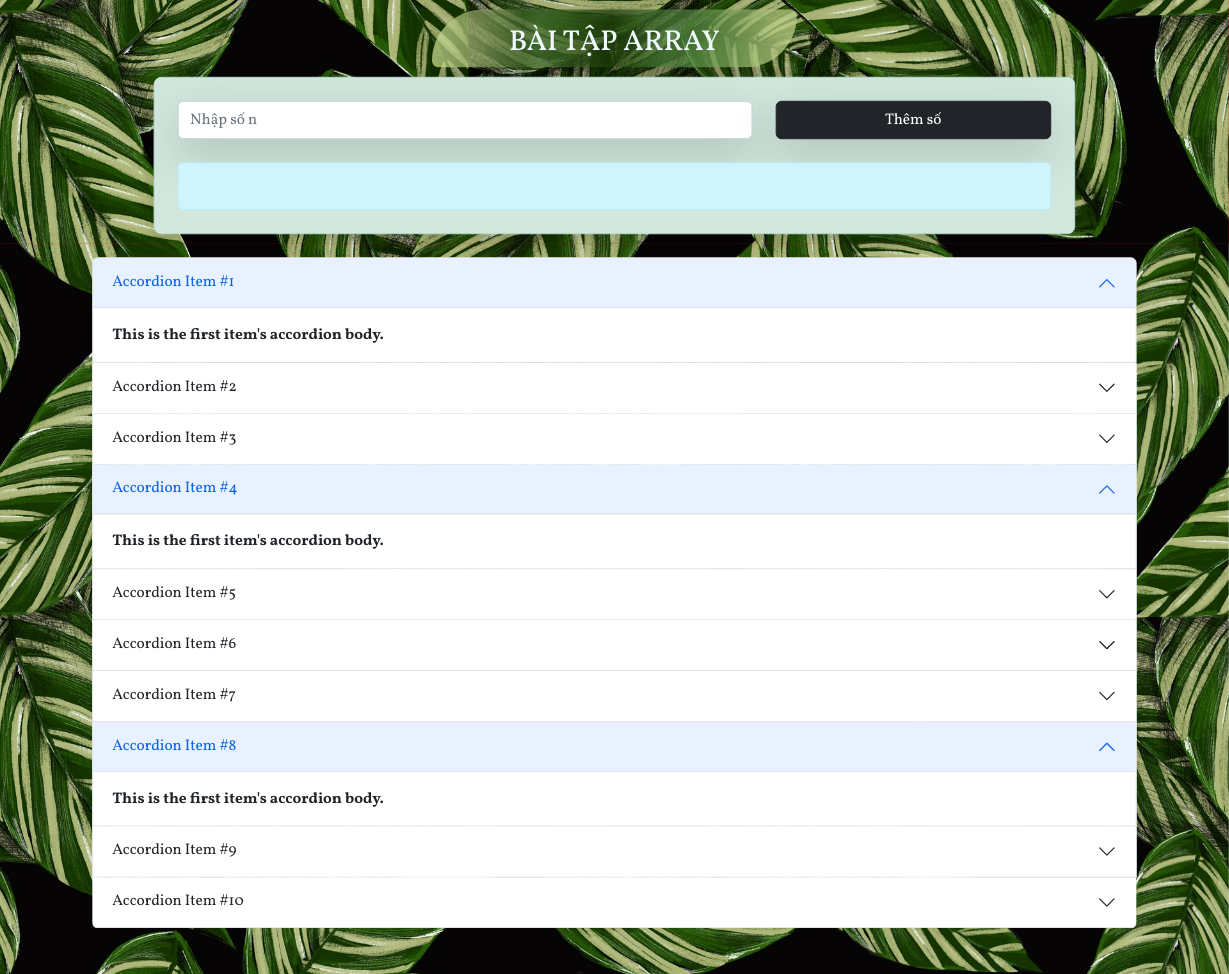
Repository: hcozyph/TranHuuPhuoc_BC43_BT_JS_Buoi7_8_ARRAY
Page: index.html
These files come from the project's save history. The page is drawn as it stood at one moment and after the next save; the edit follows.
The browser window is 1280 px wide. The pictures show the whole page, at 96% of full size.
Backgrounds fixed to the window are drawn as part of the page.

Above is the page before, as saved 2023-02-22 17:10:59.

### index.html
<!DOCTYPE html>
<html lang="en">
    <head>
        <title>BT Array</title>
        <!-- Required meta tags -->
        <meta charset="utf-8" />
        <meta
            name="viewport"
            content="width=device-width, initial-scale=1, shrink-to-fit=no"
        />
        <!-- font -->
        <link rel="preconnect" href="https://fonts.googleapis.com" />
        <link rel="preconnect" href="https://fonts.gstatic.com" crossorigin />
        <link
            href="https://fonts.googleapis.com/css2?family=Fraunces:ital,opsz,wght@0,9..144,600;0,9..144,700;1,9..144,300;1,9..144,400;1,9..144,500;1,9..144,600;1,9..144,700;1,9..144,800&family=Vollkorn:ital,wght@0,400;0,500;0,600;0,700;0,800;0,900;1,400;1,500;1,600;1,700;1,800;1,900&display=swap"
            rel="stylesheet"
        />
        <!-- Bootstrap CSS v5.2.1 -->
        <link
            href="https://cdn.jsdelivr.net/npm/bootstrap@5.2.1/dist/css/bootstrap.min.css"
            rel="stylesheet"
            integrity="sha384-iYQeCzEYFbKjA/T2uDLTpkwGzCiq6soy8tYaI1GyVh/UjpbCx/TYkiZhlZB6+fzT"
            crossorigin="anonymous"
        />

        <!-- index.css -->
        <link rel="stylesheet" href="./css/index.css" />
    </head>

    <body>
        <div class="container">
            <div class="bt-array-top">
                <div class="bt-array-title pt-2 shadow-lg">
                    <h1
                        class="text-center shadow-lg p-2"
                        ;
                        style="font-size: 30px"
                    >
                        BÀI TẬP ARRAY
                    </h1>
                </div>

                <div
                    id="mainArray"
                    class="alert alert-success rounded-3 shadow p-4"
                    style="margin: 10px auto; width: 75%"
                >
                    <div class="row row-cols-3">
                        <div class="col-8">
                            <input
                                id="user-input"
                                type="number"
                                class="form-control shadow-lg py-2"
                                placeholder="Nhập số n"
                                style="height: 100%"
                            />
                        </div>
                        <div class="col">
                            <button
                                id="user-btn"
                                class="btn btn-dark shadow-lg"
                                style="height: 100%; width: 100%"
                            >
                                Thêm số
                            </button>
                        </div>
                    </div>

                    <div
                        class="alert alert-info mt-4 mb-0 text-break py-4"
                        style="display: block"
                        role="alert"
                    >
                        <span id="user-array"></span>
                    </div>
                </div>
            </div>

            <div class="bt-array-content p-xl-5 p-4 mx-5">
                <div class="accordion" id="accordionExample">
                    <!-- Task 1 -->
                    <div class="accordion-item" id="bt1">
                        <h2 class="accordion-header" id="headingOne">
                            <button
                                class="accordion-button"
                                type="button"
                                data-bs-toggle="collapse"
                                data-bs-target="#collapseOne"
                                aria-expanded="true"
                                aria-controls="collapseOne"
                            >
                                Accordion Item #1
                            </button>
                        </h2>
                        <div
                            id="collapseOne"
                            class="accordion-collapse collapse show"
                            aria-labelledby="headingOne"
                            data-bs-parent="#accordionExample"
                        >
                            <div class="accordion-body">
                                <strong
                                    >This is the first item's accordion
                                    body.</strong
                                >
                            </div>
                        </div>
                    </div>
                    <!-- End-Task 1 -->

                    <!-- Task 2 -->
                    <div class="accordion-item">
                        <h2 class="accordion-header" id="headingTwo">
                            <button
                                class="accordion-button collapsed"
                                type="button"
                                data-bs-toggle="collapse"
                                data-bs-target="#collapseTwo"
                                aria-expanded="false"
                                aria-controls="collapseTwo"
                            >
                                Accordion Item #2
                            </button>
                        </h2>
                        <div
                            id="collapseTwo"
                            class="accordion-collapse collapse"
                            aria-labelledby="headingTwo"
                            data-bs-parent="#accordionExample"
                        >
                            <div class="accordion-body">
                                <strong
                                    >This is the second item's accordion
                                    body.</strong
                                >
                            </div>
                        </div>
                    </div>
                    <!-- End-Task 2 -->

                    <!-- Task 3 -->
                    <div class="accordion-item">
                        <h2 class="accordion-header" id="headingThree">
                            <button
                                class="accordion-button collapsed"
                                type="button"
                                data-bs-toggle="collapse"
                                data-bs-target="#collapseThree"
                                aria-expanded="false"
                                aria-controls="collapseThree"
                            >
                                Accordion Item #3
                            </button>
                        </h2>
                        <div
                            id="collapseThree"
                            class="accordion-collapse collapse"
                            aria-labelledby="headingThree"
                            data-bs-parent="#accordionExample"
                        >
                            <div class="accordion-body">
                                <strong
                                    >This is the third item's accordion
                                    body.</strong
                                >
                            </div>
                        </div>
                    </div>
                    <!-- End-Task 3 -->

                    <!-- Task 4 -->
                    <div class="accordion-item">
                        <h2 class="accordion-header" id="headingFour">
                            <button
                                class="accordion-button"
                                type="button"
                                data-bs-toggle="collapse"
                                data-bs-target="#collapseFour"
                                aria-expanded="true"
                                aria-controls="collapseFour"
                            >
                                Accordion Item #4
                            </button>
                        </h2>
                        <div
                            id="collapseFour"
                            class="accordion-collapse collapse show"
                            aria-labelledby="headingFour"
                            data-bs-parent="#accordionExample"
                        >
                            <div class="accordion-body">
                                <strong
                                    >This is the first item's accordion
                                    body.</strong
                                >
                            </div>
                        </div>
                    </div>
                    <!-- End-Task 4 -->

                    <!-- Task 5 -->
                    <div class="accordion-item">
                        <h2 class="accordion-header" id="headingFive">
                            <button
                                class="accordion-button collapsed"
                                type="button"
                                data-bs-toggle="collapse"
                                data-bs-target="#collapseFive"
                                aria-expanded="false"
                                aria-controls="collapseFive"
                            >
                                Accordion Item #5
                            </button>
                        </h2>
                        <div
                            id="collapseFive"
                            class="accordion-collapse collapse"
                            aria-labelledby="headingFive"
                            data-bs-parent="#accordionExample"
                        >
                            <div class="accordion-body">
                                <strong
                                    >This is the second item's accordion
                                    body.</strong
                                >
                            </div>
                        </div>
                    </div>
                    <!-- End-Task 5 -->

                    <!-- Task 6 -->
                    <div class="accordion-item">
                        <h2 class="accordion-header" id="headingSix">
                            <button
                                class="accordion-button collapsed"
                                type="button"
                                data-bs-toggle="collapse"
                                data-bs-target="#collapseSix"
                                aria-expanded="false"
                                aria-controls="collapseSix"
                            >
                                Accordion Item #6
                            </button>
                        </h2>
                        <div
                            id="collapseSix"
                            class="accordion-collapse collapse"
                            aria-labelledby="headingSix"
                            data-bs-parent="#accordionExample"
                        >
                            <div class="accordion-body">
                                <strong
                                    >This is the third item's accordion
                                    body.</strong
                                >
                            </div>
                        </div>
                    </div>
                    <!-- End-Task 6 -->

                    <!-- Task 7 -->
                    <div class="accordion-item">
                        <h2 class="accordion-header" id="headingSeven">
                            <button
                                class="accordion-button collapsed"
                                type="button"
                                data-bs-toggle="collapse"
                                data-bs-target="#collapseSeven"
                                aria-expanded="false"
                                aria-controls="collapseSeven"
                            >
                                Accordion Item #7
                            </button>
                        </h2>
                        <div
                            id="collapseSeven"
                            class="accordion-collapse collapse"
                            aria-labelledby="headingSeven"
                            data-bs-parent="#accordionExample"
                        >
                            <div class="accordion-body">
                                <strong
                                    >This is the third item's accordion
                                    body.</strong
                                >
                            </div>
                        </div>
                    </div>
                    <!-- End-Task 7 -->

                    <!-- Task 8 -->
                    <div class="accordion-item">
                        <h2 class="accordion-header" id="headingEight">
                            <button
                                class="accordion-button"
                                type="button"
                                data-bs-toggle="collapse"
                                data-bs-target="#collapseEight"
                                aria-expanded="true"
                                aria-controls="collapseEight"
                            >
                                Accordion Item #8
                            </button>
                        </h2>
                        <div
                            id="collapseEight"
                            class="accordion-collapse collapse show"
                            aria-labelledby="headingEight"
                            data-bs-parent="#accordionExample"
                        >
                            <div class="accordion-body">
                                <strong
                                    >This is the first item's accordion
                                    body.</strong
                                >
                            </div>
                        </div>
                    </div>
                    <!-- End-Task 8 -->

                    <!-- Task 9 -->
                    <div class="accordion-item">
                        <h2 class="accordion-header" id="headingNine">
                            <button
                                class="accordion-button collapsed"
                                type="button"
                                data-bs-toggle="collapse"
                                data-bs-target="#collapseNine"
                                aria-expanded="false"
                                aria-controls="collapseNine"
                            >
                                Accordion Item #9
                            </button>
                        </h2>
                        <div
                            id="collapseNine"
                            class="accordion-collapse collapse"
                            aria-labelledby="headingNine"
                            data-bs-parent="#accordionExample"
                        >
                            <div class="accordion-body">
                                <strong
                                    >This is the second item's accordion
                                    body.</strong
                                >
                            </div>
                        </div>
                    </div>
                    <!-- End-Task 9 -->

                    <!-- Task 10 -->
                    <div class="accordion-item">
                        <h2 class="accordion-header" id="headingTen">
                            <button
                                class="accordion-button collapsed"
                                type="button"
                                data-bs-toggle="collapse"
                                data-bs-target="#collapseTen"
                                aria-expanded="false"
                                aria-controls="collapseTen"
                            >
                                Accordion Item #10
                            </button>
                        </h2>
                        <div
                            id="collapseTen"
                            class="accordion-collapse collapse"
                            aria-labelledby="headingTen"
                            data-bs-parent="#accordionExample"
                        >
                            <div class="accordion-body">
                                <strong
                                    >This is the third item's accordion
                                    body.</strong
                                >
                            </div>
                        </div>
                    </div>
                    <!-- End-Task 10 -->
                </div>
            </div>
        </div>

        <!-- Bootstrap JavaScript Libraries -->
        <script
            src="https://cdn.jsdelivr.net/npm/@popperjs/core@2.11.6/dist/umd/popper.min.js"
            integrity="sha384-oBqDVmMz9ATKxIep9tiCxS/Z9fNfEXiDAYTujMAeBAsjFuCZSmKbSSUnQlmh/jp3"
            crossorigin="anonymous"
        ></script>

        <script
            src="https://cdn.jsdelivr.net/npm/bootstrap@5.2.1/dist/js/bootstrap.min.js"
            integrity="sha384-7VPbUDkoPSGFnVtYi0QogXtr74QeVeeIs99Qfg5YCF+TidwNdjvaKZX19NZ/e6oz"
            crossorigin="anonymous"
        ></script>

        <!-- method.js -->
        <link rel="stylesheet" href="./js/method.js" />

        <!-- index.js -->
        <script src="./js/index.js"></script>
    </body>
</html>

### css/index.css
* {
    margin: 0;
    padding: 0;
    box-sizing: border-box;
    font-family: "Fraunces", serif;
    font-family: "Vollkorn", serif;
}

.container {
    margin: 0 auto;
    max-width: 1440px;
    overflow: hidden;
    padding: 0;

    background-image: url(../img/2.jpg);
    background-size: cover;
    background-position: inherit;
    background-repeat: no-repeat;
    background-attachment: fixed;

    /* height: 1000px; */
    position: relative;
}

.bt-array-top {
    position: fixed;
    width: 100%;
    padding-top: 10px;
    background-color: red;

    background-image: url(../img/2.jpg);
    background-size: cover;
    background-position: inherit;
    background-repeat: no-repeat;
    background-attachment: fixed;
    z-index: 5;
}

.bt-array-title {
    display: block;
    width: 380px;
    margin: 0 auto;
    border-radius: 80px 10px 80px 10px;

    font-size: 40px;
    font-weight: 700;
    /* background-color: red; */
    color: aliceblue;
    background: rgb(156, 173, 110);
    background: linear-gradient(
        90deg,
        rgba(198, 219, 142, 0.75) 0%,
        rgba(156, 173, 110, 0.75) 10%,
        rgba(60, 94, 39, 0.75) 25%,
        rgba(68, 112, 49, 0.75) 29%,
        rgba(27, 57, 5, 0.75) 49%,
        rgba(66, 114, 50, 0.75) 63%,
        rgba(90, 139, 69, 0.75) 74%,
        rgba(184, 203, 130, 0.75) 95%
    );
}

.bt-array-content {
    padding-top: 280px;
}
.accordion {
    padding-top: 220px;
}

.accordion-button:focus {
    border: none;
    box-shadow: none;
}

### js/index.js
/* function getElementByID*/
function ID(n) {
    return document.getElementById("n");
}

/* End-function getElementByID*/

/*create-array*/
var mainArray = [];

document.getElementById("user-btn").onclick = function () {
    //input: userInput
    var userInput = Number(document.getElementById("user-input").value);

    //output: mainArray

    //process
    mainArray.push(userInput);

    document.getElementById("user-array").innerHTML = mainArray;
};

/*End-create-array*/

Loaded but not shown: js/method.js (no stored copy; drawn as an empty file)

After the next save:
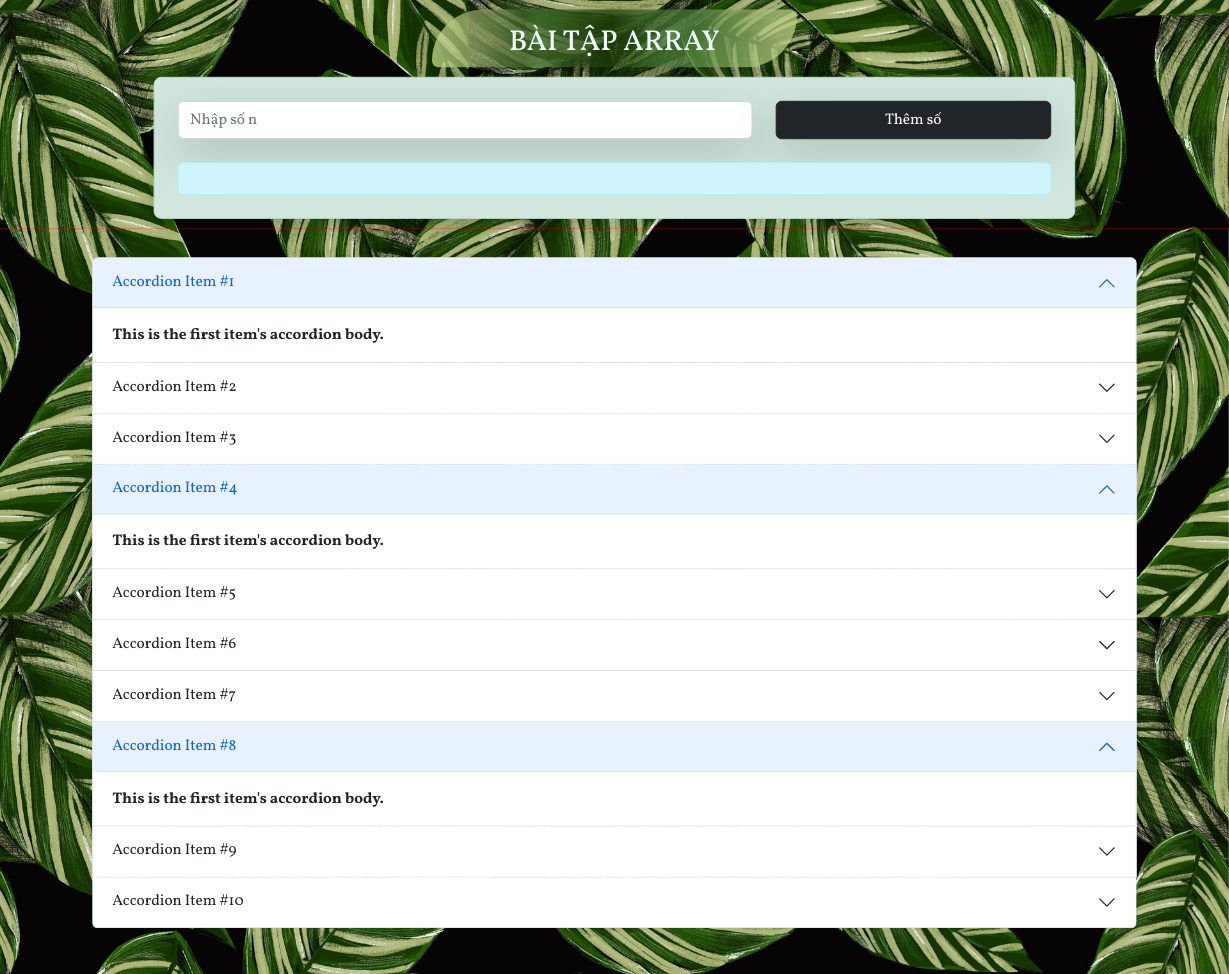
Saved 9 s later.
--- a/index.html
+++ b/index.html
@@ -67,7 +67,7 @@
                     </div>
 
                     <div
-                        class="alert alert-info mt-4 mb-0 text-break py-4"
+                        class="alert alert-info mt-4 mb-0 text-break"
                         style="display: block"
                         role="alert"
                     >
